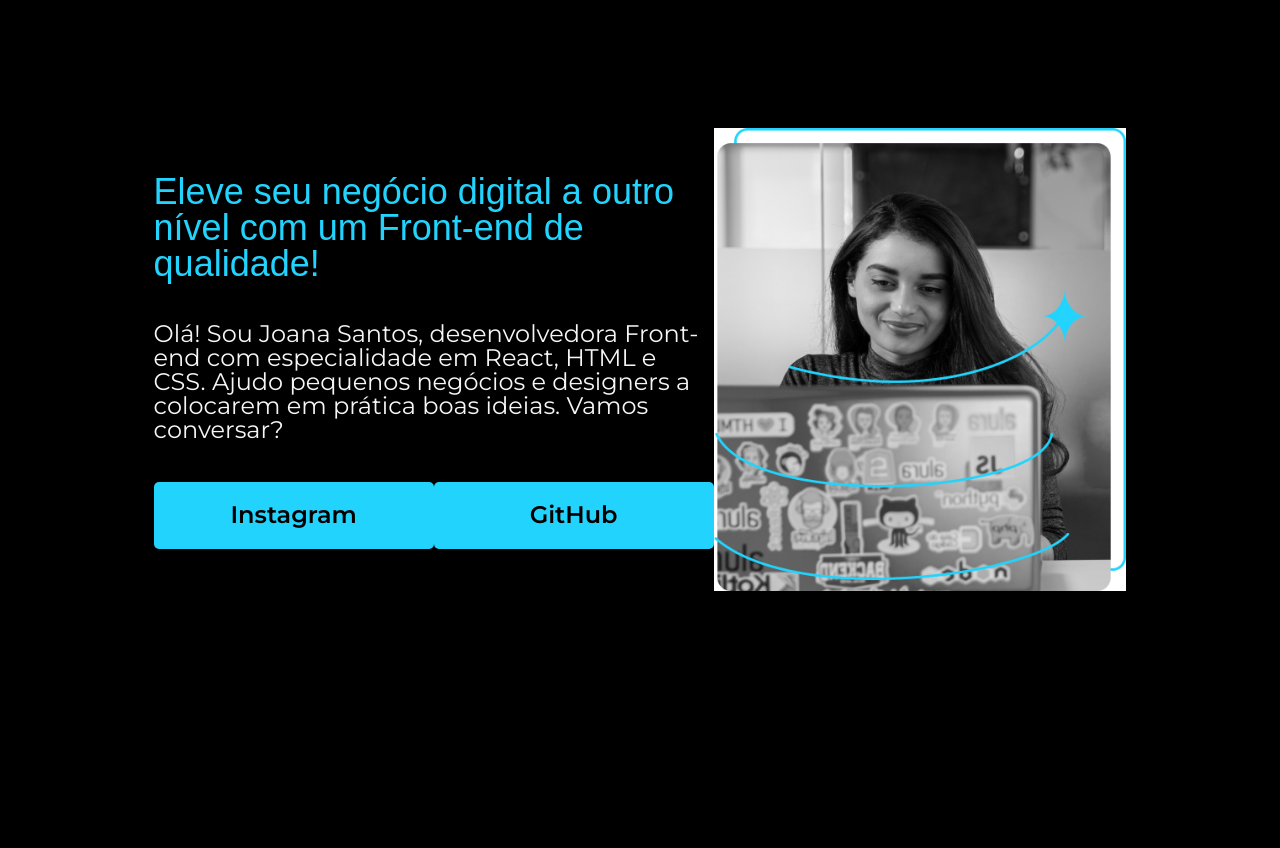
Repository: joaoPraiaJunior/html-basico
Page: index.html
These files come from the project's save history. The page is drawn as it stood at one moment and after the next save; the edit follows.
The browser window is 1280 px wide. The pictures show the whole page.
Some web fonts or font styles are not loaded; a fallback is used.

Above is the page before, as saved 2024-06-01 18:52:12.

After the next save:
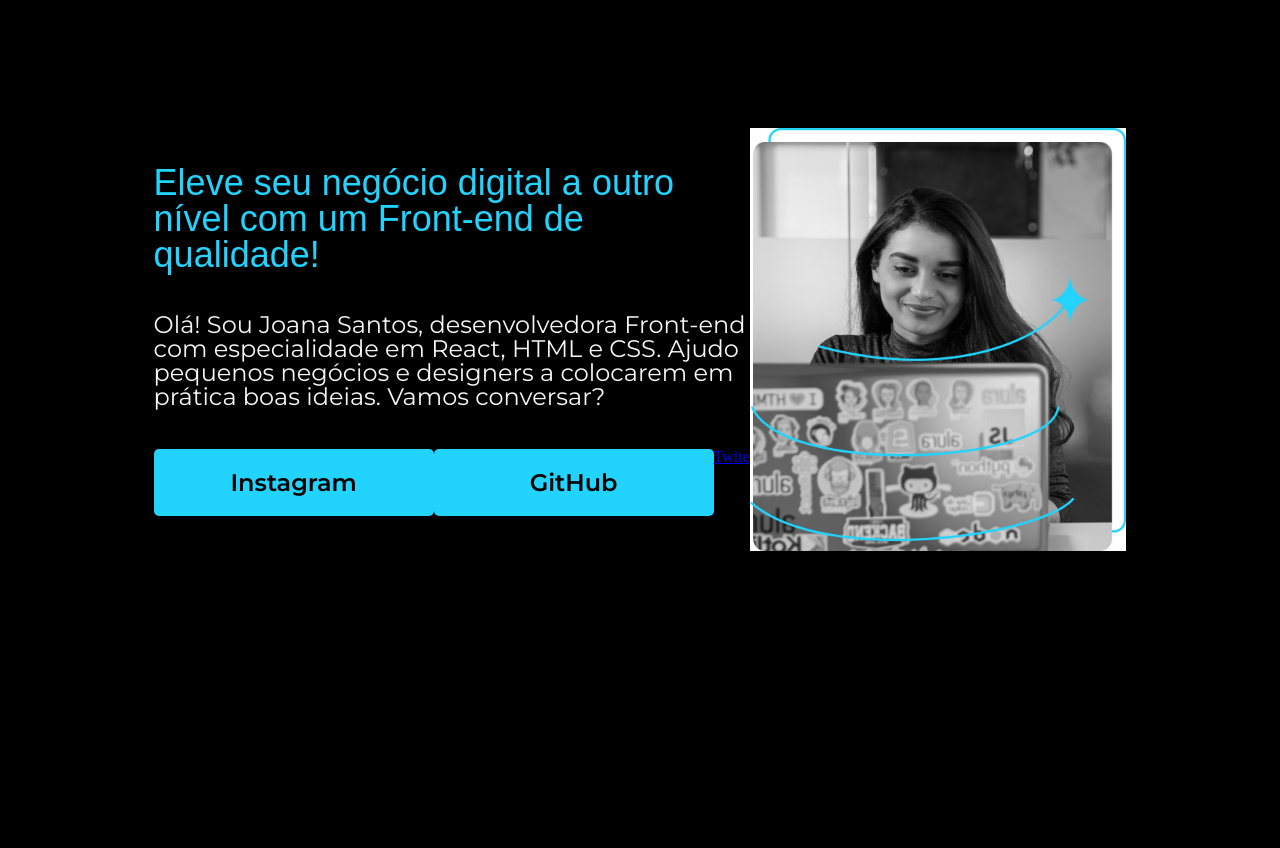
Saved 4 days later.
--- a/index.html
+++ b/index.html
@@ -23,6 +23,7 @@
         <div class="apresentacao__links">
           <a class="apresentacao__link" href="https://www.instagram.com/joaopraiajunior/">Instagram</a>
           <a class="apresentacao__link" href="https://github.com/joaoPraiaJunior">GitHub</a>
+          <a href="http://">Twite</a>
         </div>
       </section>
       <section class="apresentacao__imagem">
